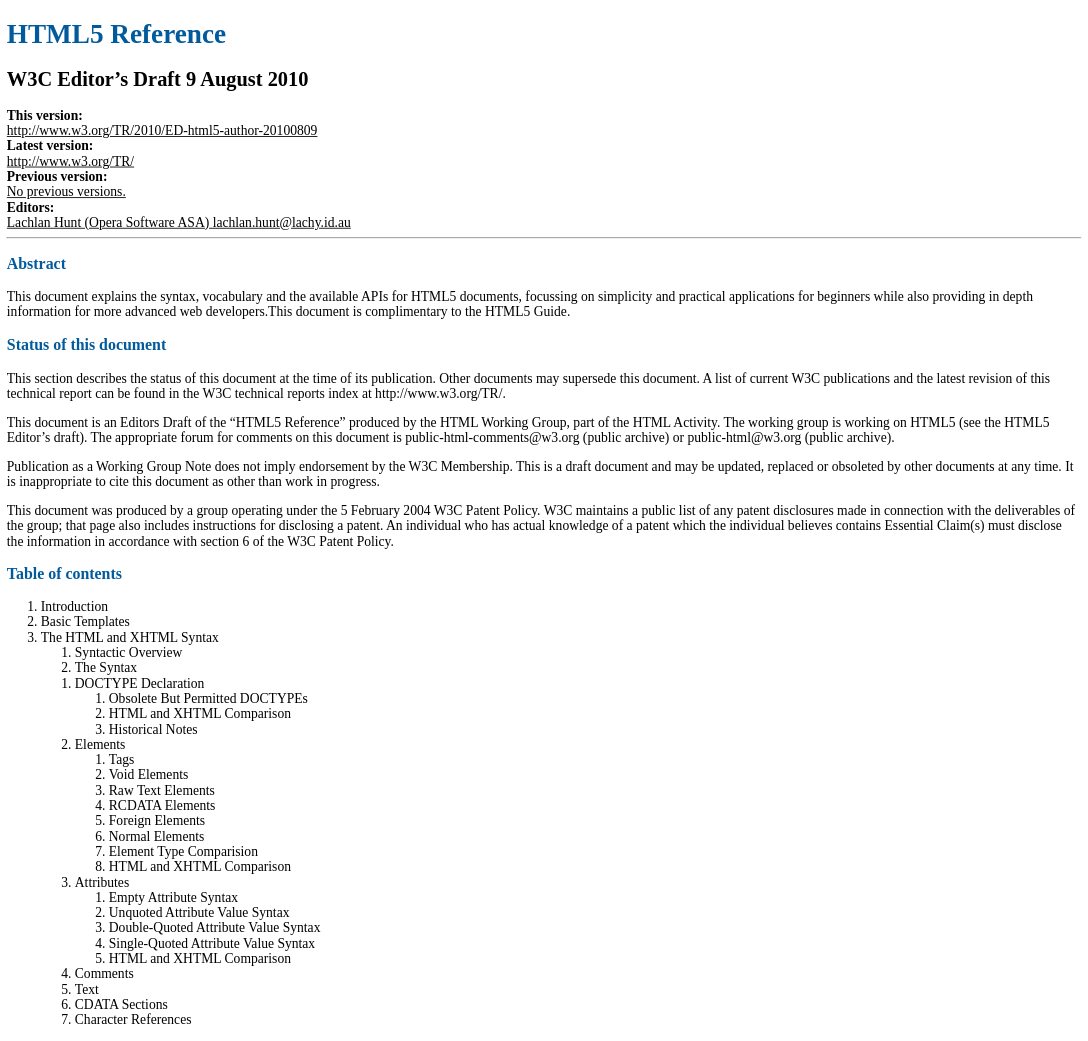
Repository: Hswwwww/WEB
Page: ClientTest/src/main/webapp/html/Q005.html
The author's editor kept a copy of each file at every save. The page is drawn from the files as they stood at one save, then again after the next save.
The browser window is 1280 px wide. The pictures show the whole page, at 85% of full size.

Above is the page before, as saved 2024-03-13 02:46:35.

### ClientTest/src/main/webapp/html/Q005.html
<!DOCTYPE html>
<html>
<head>
<meta charset="UTF-8">
<title>Insert title here</title>
</head>
<body>

	<h1><font color = "005A9C">HTML5 Reference</font></h1>
	<h2>W3C Editor’s Draft 9 August 2010</h2>

	<b>This version:</b><br>
	<u>http://www.w3.org/TR/2010/ED-html5-author-20100809</u><br>

	<b>Latest version:</b><br>
	<u>http://www.w3.org/TR/</u><br>

	<b>Previous version:</b><br>
	<u>No previous versions.</u><br>

	<b>Editors:</b><br>
	<u>Lachlan Hunt (Opera Software ASA) lachlan.hunt@lachy.id.au</u><br>

	<hr>

	<h3><font color = "005A9C" >Abstract</font></h3>
	<p>This document explains the syntax, vocabulary and the available APIs for HTML5 documents, focussing on simplicity and practical applications for beginners while also providing in depth information for more advanced web developers.This document is complimentary to the HTML5 Guide.</p>

	<h3><font color = "005A9C" >Status of this document</font></h3>
	<p>This section describes the status of this document at the time of its publication. Other documents may supersede this document. A list of current W3C publications and the latest revision of this technical report can be found in the W3C technical reports index at http://www.w3.org/TR/.</p>
	<p>This document is an Editors Draft of the “HTML5 Reference” produced by the HTML Working Group, part of the HTML Activity. The working group is working on HTML5 (see the HTML5 Editor’s draft). The appropriate forum for comments on this document is public-html-comments@w3.org (public archive) or public-html@w3.org (public archive).</p>
	<p>Publication as a Working Group Note does not imply endorsement by the W3C Membership. This is a draft document and may be updated, replaced or obsoleted by other documents at any time. It is inappropriate to cite this document as other than work in progress.</p>
	<p>This document was produced by a group operating under the 5 February 2004 W3C Patent Policy. W3C maintains a public list of any patent disclosures made in connection with the deliverables of the group; that page also includes instructions for disclosing a patent. An individual who has actual knowledge of a patent which the individual believes contains Essential Claim(s) must disclose the information in accordance with section 6 of the W3C Patent Policy.</p>

	<h3><font color = "005A9C" > Table of contents</font></h3>
	<ol>
		<li>Introduction</li>
		<li>Basic Templates</li>
		<li>The HTML and XHTML Syntax</li>
			<ol>
			<li>Syntactic Overview</li>
			<li>The Syntax</li>
			</ol>
				<ol>
				<li>DOCTYPE Declaration</li>
					<ol>
					<li>Obsolete But Permitted DOCTYPEs</li>
					<li>HTML and XHTML Comparison</li>
					<li>Historical Notes</li>
					</ol>
				<li>Elements</li>
					<ol>
					<li>Tags</li>
					<li>Void Elements</li>
					<li>Raw Text Elements</li>
					<li>RCDATA Elements</li>
					<li>Foreign Elements</li>
					<li>Normal Elements</li>
					<li>Element Type Comparision</li>
					<li>HTML and XHTML Comparison</li>
					</ol>
				<li>Attributes</li>
					<ol>
					<li>Empty Attribute Syntax</li>
					<li>Unquoted Attribute Value Syntax</li>
					<li>Double-Quoted Attribute Value Syntax</li>
					<li>Single-Quoted Attribute Value Syntax</li>
					<li>HTML and XHTML Comparison</li>
					</ol>
				<li>Comments</li>
				<li>Text</li>
				<li>CDATA Sections</li>
				<li>Character References</li>



		</ol>


	</ol>




</body>
</html>

After the next save:
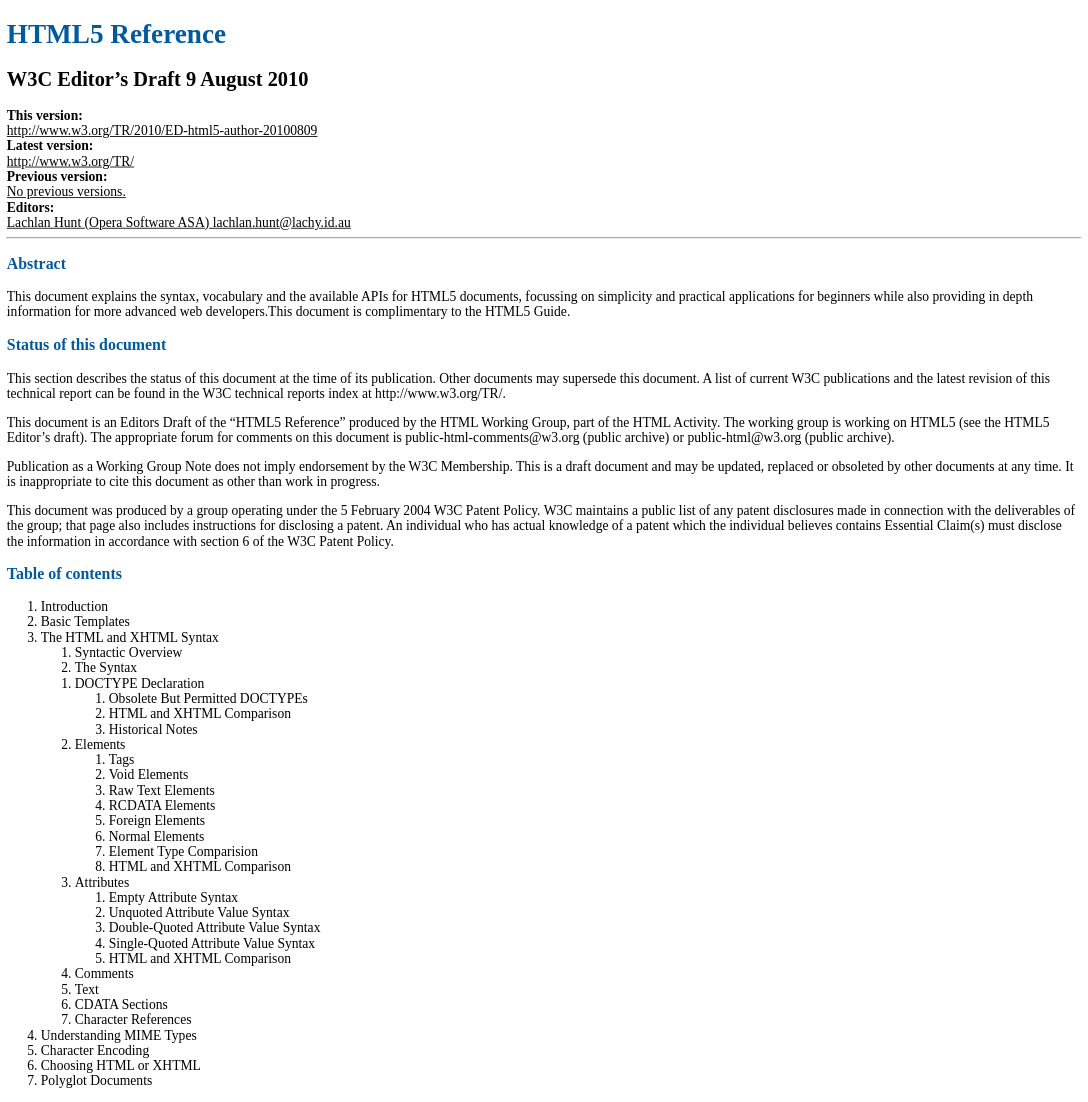
Saved 86 s later.
--- a/ClientTest/src/main/webapp/html/Q005.html
+++ b/ClientTest/src/main/webapp/html/Q005.html
@@ -72,10 +72,11 @@
 				<li>CDATA Sections</li>
 				<li>Character References</li>
 
-
-
 		</ol>
-
+		<li>Understanding MIME Types</li>
+		<li>Character Encoding</li>
+		<li>Choosing HTML or XHTML</li>
+		<li>Polyglot Documents</li>
 
 	</ol>
 
